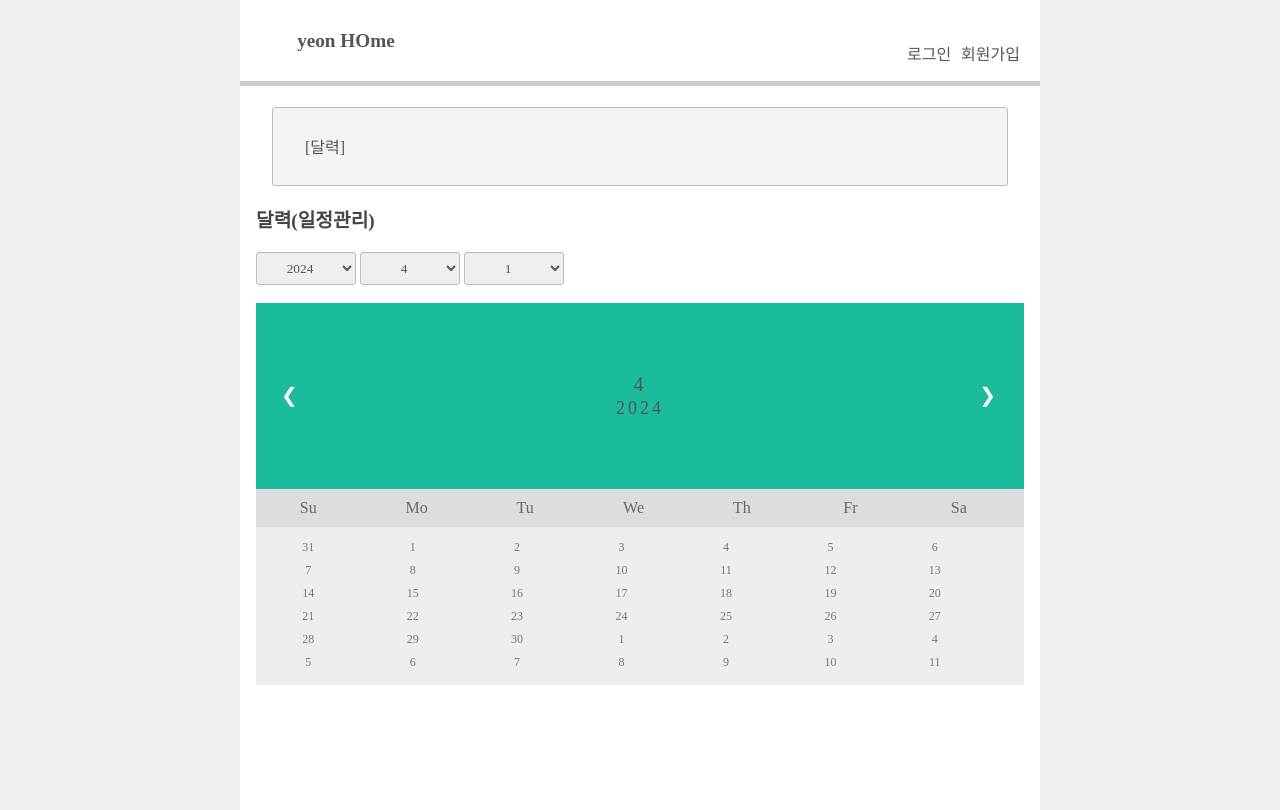
Repository: yeonhwa323/webPro
Page: webPro/src/main/webapp/javascript/days06/ex06_03.html
These files come from the project's save history. The page is drawn as it stood at one moment and after the next save; the edit follows.
The browser window is 1280 px wide. The pictures show the whole page.
Some web fonts or font styles are not loaded; a fallback is used.

Above is the page before, as saved 2024-04-12 06:37:17.

After the next save:
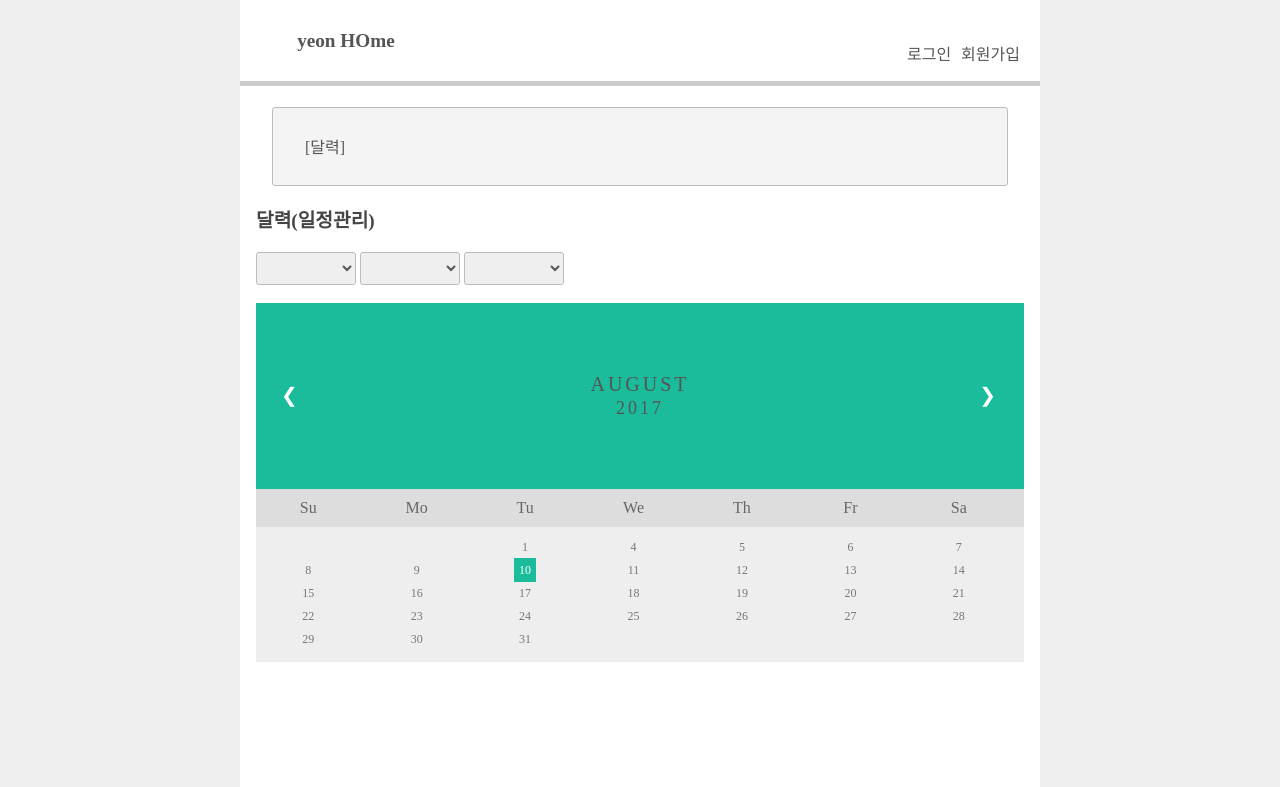
Console error: SyntaxError: Unexpected identifier '달'
Saved 3 min 8 s later.
--- a/webPro/src/main/webapp/javascript/days06/ex06_03.html
+++ b/webPro/src/main/webapp/javascript/days06/ex06_03.html
@@ -235,6 +235,18 @@
      let startDay = new Date(year, month-1, 1);
      startDay.setDate( startDay.getDate() -dayOfWeek );
      for (var i = 0; i < 42; i++) {
+
+    	if(이전 달 날짜){
+    		$("ul.days").append(`<li class="prevMonth">${startDay.getDate()}</li>`);
+    	}
+    	else if(다음 달 날짜){
+    		$("ul.days").append(`<li class="nextMonth">${startDay.getDate()}</li>`);
+    	}
+    	else(현재 달 날짜){
+    		$("ul.days").append(`<li>${startDay.getDate()}</li>`);
+    	}
+
+
         $("ul.days").append(`<li>${startDay.getDate()}</li>`);
      	startDay.setDate(startDay.getDate() +1)
      	}

After the 2 saves that followed:
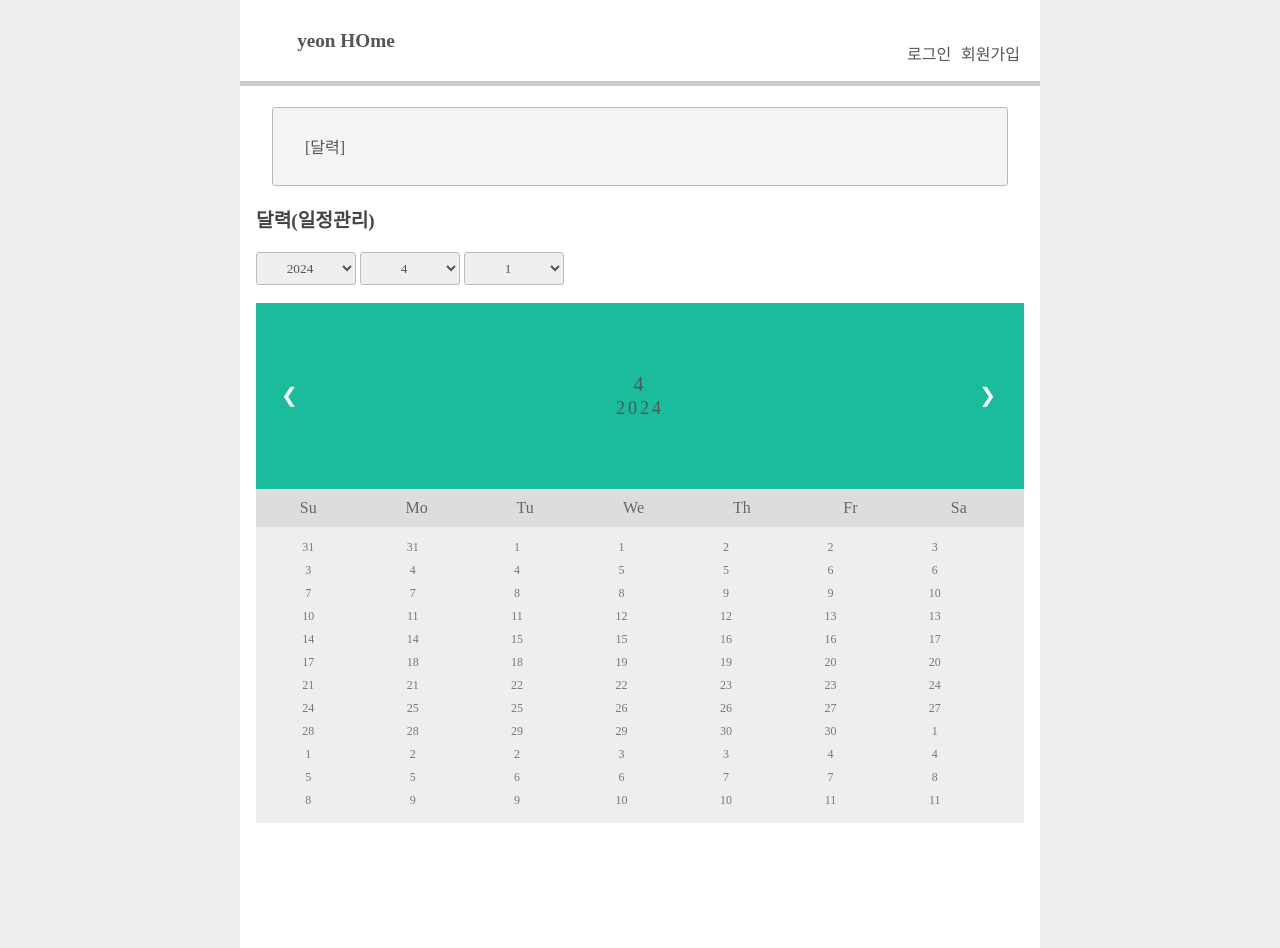
The error is gone.
The 2 saves are shown as one change because 1 left the picture as it was.
The last was saved 94 s later.
--- a/webPro/src/main/webapp/javascript/days06/ex06_03.html
+++ b/webPro/src/main/webapp/javascript/days06/ex06_03.html
@@ -236,13 +236,13 @@
      startDay.setDate( startDay.getDate() -dayOfWeek );
      for (var i = 0; i < 42; i++) {
 
-    	if(이전 달 날짜){
+    	if( month -2 == startDay.getMonth() ){
     		$("ul.days").append(`<li class="prevMonth">${startDay.getDate()}</li>`);
     	}
-    	else if(다음 달 날짜){
+    	else if(month == startDay.getMonth()){
     		$("ul.days").append(`<li class="nextMonth">${startDay.getDate()}</li>`);
     	}
-    	else(현재 달 날짜){
+    	else{
     		$("ul.days").append(`<li>${startDay.getDate()}</li>`);
     	}
 
